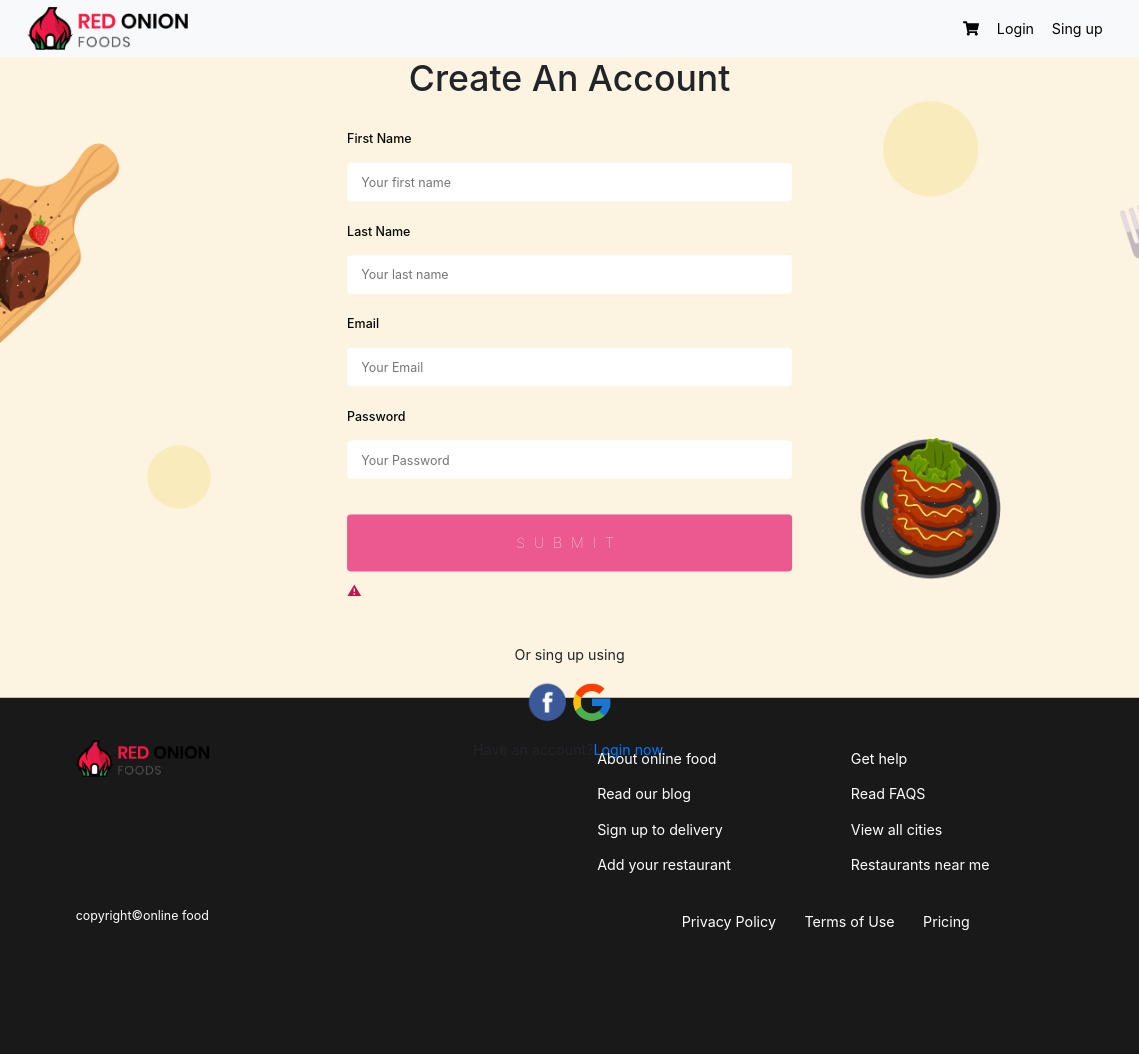
Repository: arif286/red-onion-client
Page: /
An editor plug-in stored every save of this project. The page is shown before and after a run of saves, followed by the edit.
The browser window is 1280 px wide. The pictures show the whole page, at 89% of full size.
The project was rebuilt for these pictures with package versions that can differ from the ones it lists, and the page was loaded fresh each time. Also part of the build but not shown: src/App.css, src/components/Cart/Cart.js, src/components/SearchBar/SearchBar.css, src/components/SearchBar/SearchBar.js, src/components/FoodDetails/FoodDetail.css, src/components/FoodDetails/FoodDetail.js, src/components/DeliveryFood/DeliveryFood.js, src/components/Food/Food.css and 4 more.

Above is the page before, as saved 2021-03-26 14:16:41.

After the next 2 saves:
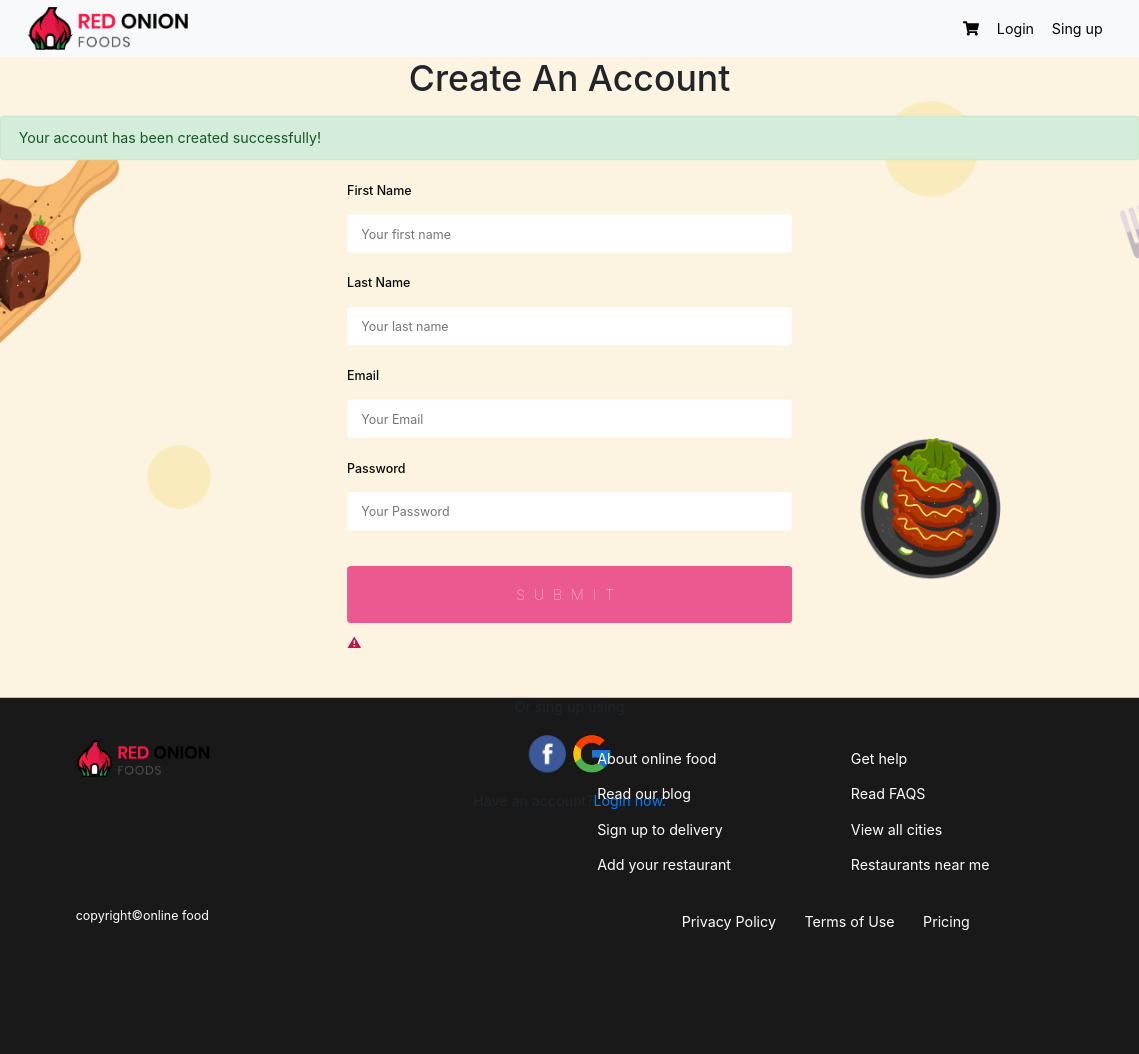
The 2 saves are shown as one change because 1 did not build or start.
The last was saved 7 min 35 s later.
--- a/src/components/SingUp/SingUp.js
+++ b/src/components/SingUp/SingUp.js
@@ -38,6 +38,9 @@
     return (
       <div style={bgImage}>
         <h1 className="form-header"> Create An Account</h1>
+        {<div className="alert alert-success" role="alert">
+          Your account has been created successfully!
+        </div>}
         <form className="form-submit" onSubmit={handleSubmit(onSubmit)}>
           <label htmlFor="firstName">First Name</label>
           <input
@@ -95,9 +98,7 @@
           )}
 
           <input type="submit" />
-          {!loggedInUser.success && (
-            <p>{loggedInUser.error}</p>
-          )}
+          {!loggedInUser.success && <p>{loggedInUser.error}</p>}
         </form>
         <div>
           <WithoutLogin />

After the save that followed:
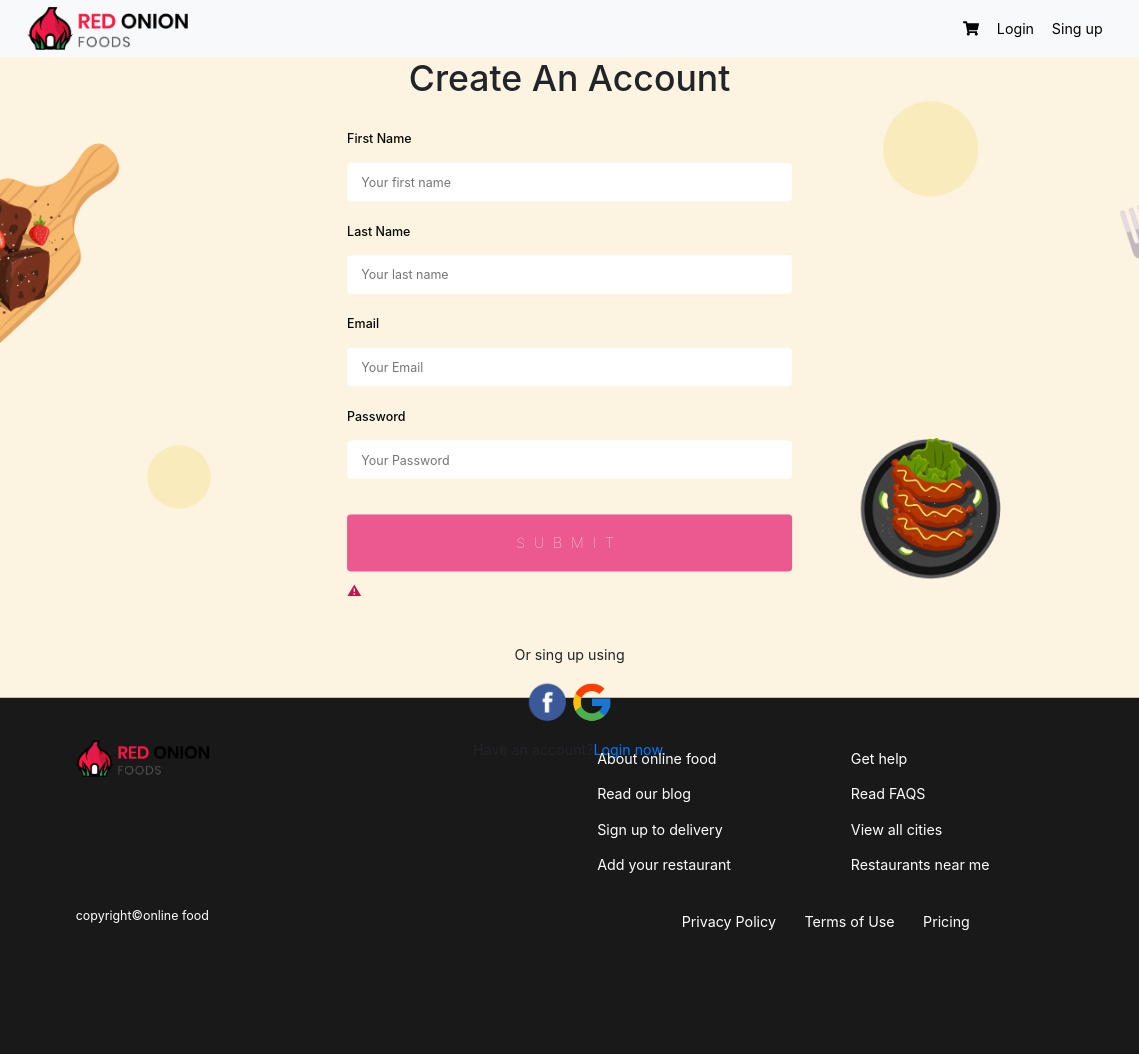
Saved 2 min 8 s later.
--- a/src/components/SingUp/SingUp.js
+++ b/src/components/SingUp/SingUp.js
@@ -38,7 +38,7 @@
     return (
       <div style={bgImage}>
         <h1 className="form-header"> Create An Account</h1>
-        {<div className="alert alert-success" role="alert">
+        {loggedInUser.email &&<div className="alert alert-success" role="alert">
           Your account has been created successfully!
         </div>}
         <form className="form-submit" onSubmit={handleSubmit(onSubmit)}>
